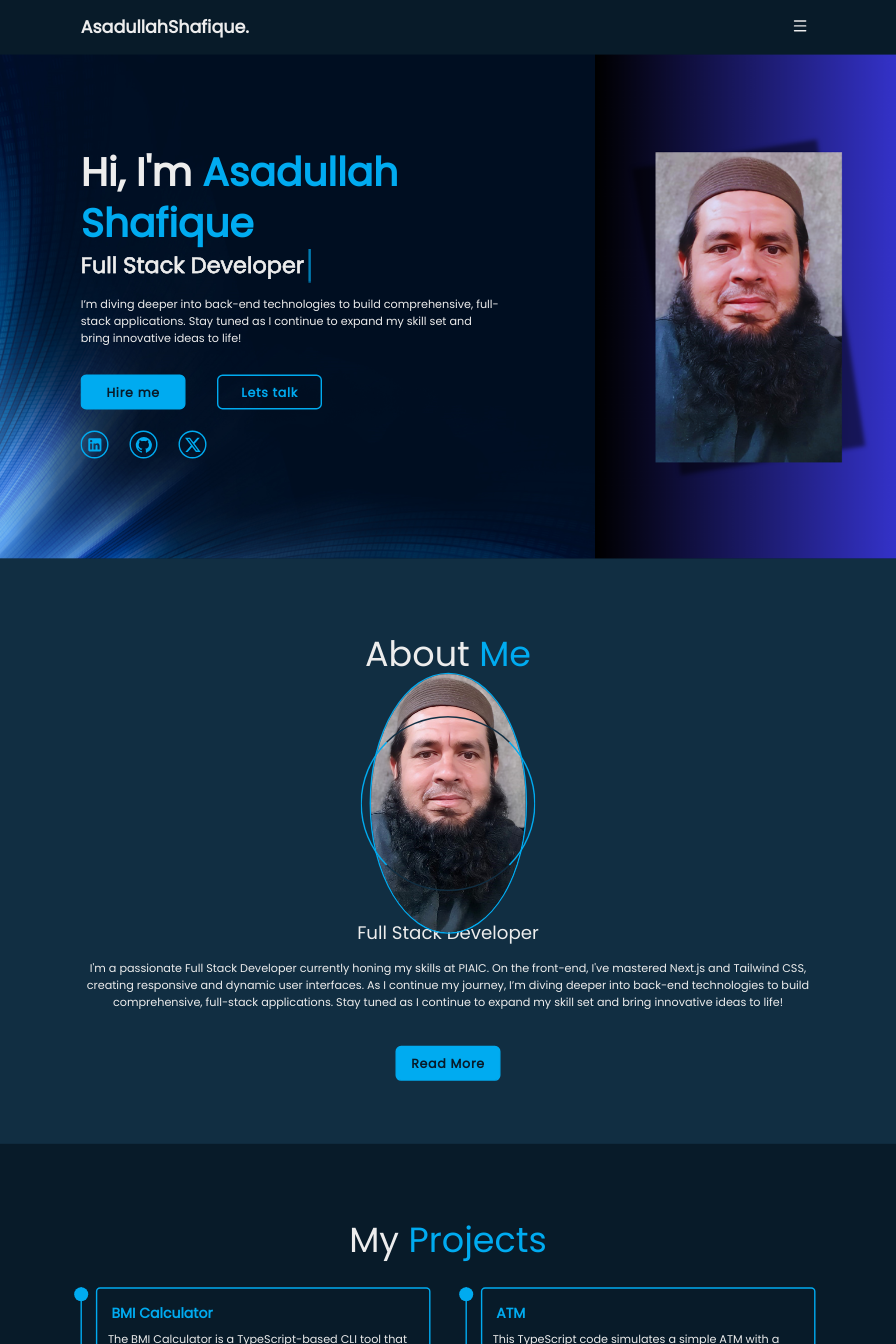
Repository: asadullah48/nextjs_projects_portfolio
Page: /
The author's editor kept a copy of each file at every save. The page is drawn from the files as they stood at one save, then again after the next save.
The browser window is 1280 px wide. The pictures show the part of the page from y = 0 to 1920 px (the page is 4234 px tall), at 70% of full size.
The project was rebuilt for these pictures with package versions that can differ from the ones it lists, and the page was loaded fresh each time. The framework's server and built-in components were replaced by stand-ins that run in the browser. Also part of the build but not shown: next.config.ts.

Above is the page before, as saved 2024-11-13 13:35:24.

After the next save:
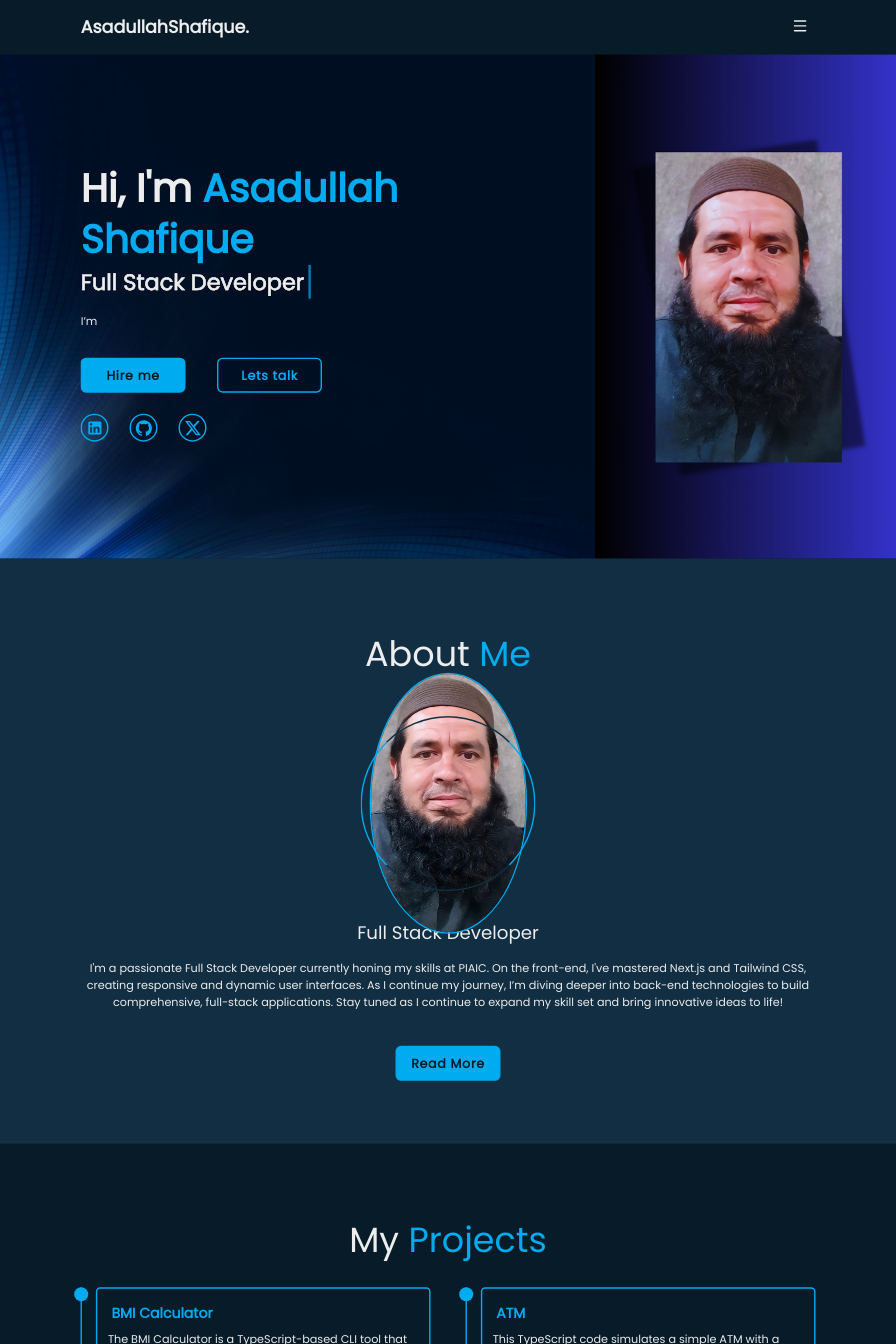
Saved 6 s later.
--- a/src/app/page.tsx
+++ b/src/app/page.tsx
@@ -132,9 +132,7 @@ active:text-[var(--main-color)]"
             <h3>Full Stack Developer</h3>
           </div>
           <p>
-             I’m diving deeper into back-end technologies to build
-            comprehensive, full-stack applications. Stay tuned as I continue to
-            expand my skill set and bring innovative ideas to life!
+             I’m
           </p>
 
           <div className="btn-box">
